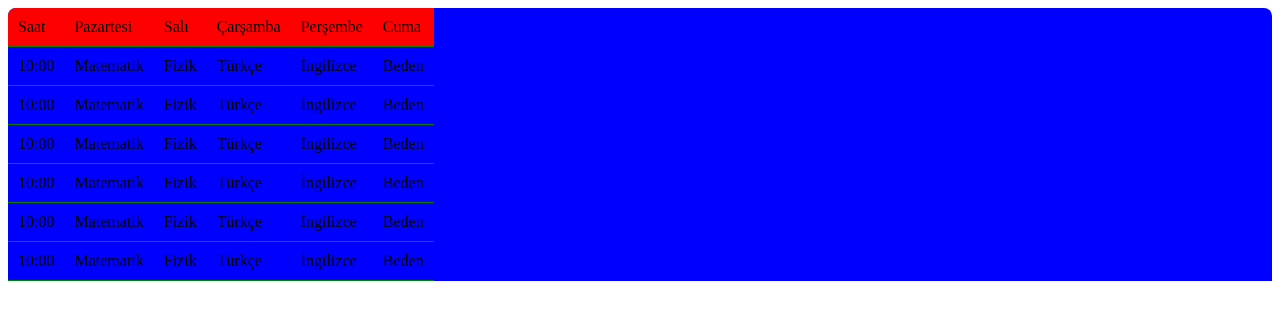
Repository: ahmetbugraozcan/css-ders-programi
Page: deneme2.html
An editor plug-in stored every save of this project. The page is shown before and after the next save, followed by the edit.
The browser window is 1280 px wide. The pictures show the whole page.

Above is the page before, as saved 2021-07-10 14:37:07.

### deneme2.html
<!DOCTYPE html>
<html>

<head>
    <style>
        *{
            box-sizing: border-box;
        }
        .head {
            background-color: red;

        }
        .row {
            border-radius: 8px 8px 0 0;
            overflow: hidden;
            display: flex;
            flex-direction: row;
            background-color: blue;

        }
        .row > div > div{
            border-bottom: 1px solid green;
            width: 100%;
        }

        .row > div > div , .head{
            padding: 10px;
        }

    </style>
</head>

<body>
    <div class="row">
        <div>
            <div class="head"> Saat</div>
            <div>10:00</div>
            <div>10:00</div>
            <div>10:00</div>
            <div>10:00</div>
            <div>10:00</div>
            <div>10:00</div>
        </div>
        <div>
            <div class="head"> Pazartesi</div>
            <div>Matematik</div>
            <div>Matematik</div>
            <div>Matematik</div>
            <div>Matematik</div>
            <div>Matematik</div>
            <div>Matematik</div>
        </div>
        <div>
            <div class="head">Salı</div>
            <div>Fizik</div>
            <div>Fizik</div>
            <div>Fizik</div>
            <div>Fizik</div>
            <div>Fizik</div>
            <div>Fizik</div>
        </div>
        <div>
            <div class="head">Çarşamba</div>
            <div>Türkçe</div>
            <div>Türkçe</div>
            <div>Türkçe</div>
            <div>Türkçe</div>
            <div>Türkçe</div>
            <div>Türkçe</div>

        </div>
        <div>
            <div class="head">Perşembe</div>
            <div>İngilizce</div>
            <div>İngilizce</div>
            <div>İngilizce</div>
            <div>İngilizce</div>
            <div>İngilizce</div>
            <div>İngilizce</div>
        </div>
        <div>
            <div class="head">Cuma</div>
            <div>Beden</div>
            <div>Beden</div>
            <div>Beden</div>
            <div>Beden</div>
            <div>Beden</div>
            <div>Beden</div>

        </div>
    </div>

</body>

</html>

After the next save:
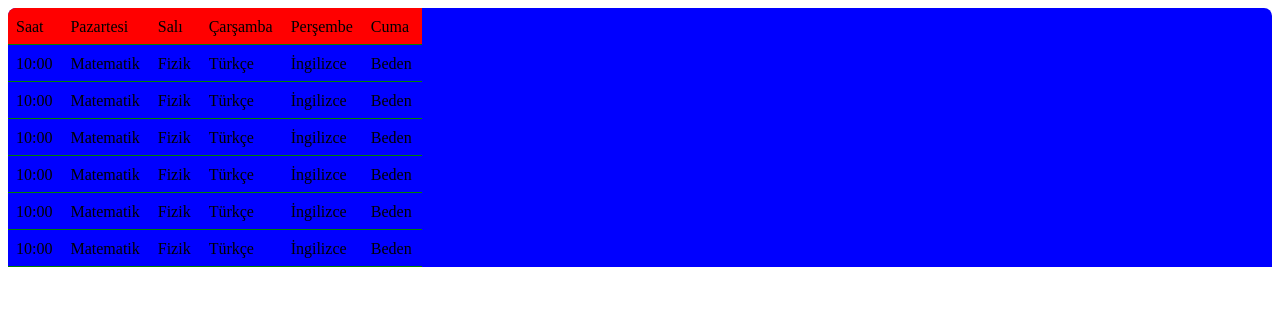
Saved 16 s later.
--- a/deneme2.html
+++ b/deneme2.html
@@ -24,7 +24,7 @@
         }
 
         .row > div > div , .head{
-            padding: 10px;
+            padding: 10px 10px 8px 8px;
         }
 
     </style>

After the save that followed:
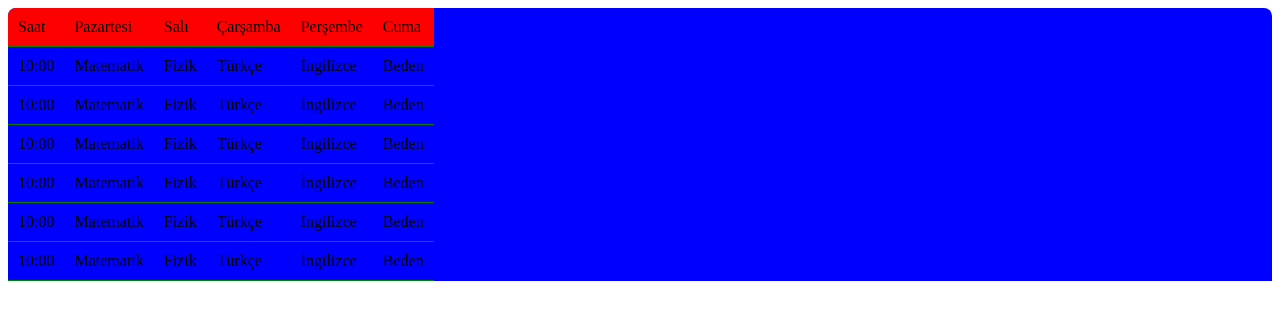
Saved 10 s later.
--- a/deneme2.html
+++ b/deneme2.html
@@ -20,11 +20,11 @@
         }
         .row > div > div{
             border-bottom: 1px solid green;
-            width: 100%;
+
         }
 
         .row > div > div , .head{
-            padding: 10px 10px 8px 8px;
+            padding: 10px;
         }
 
     </style>
